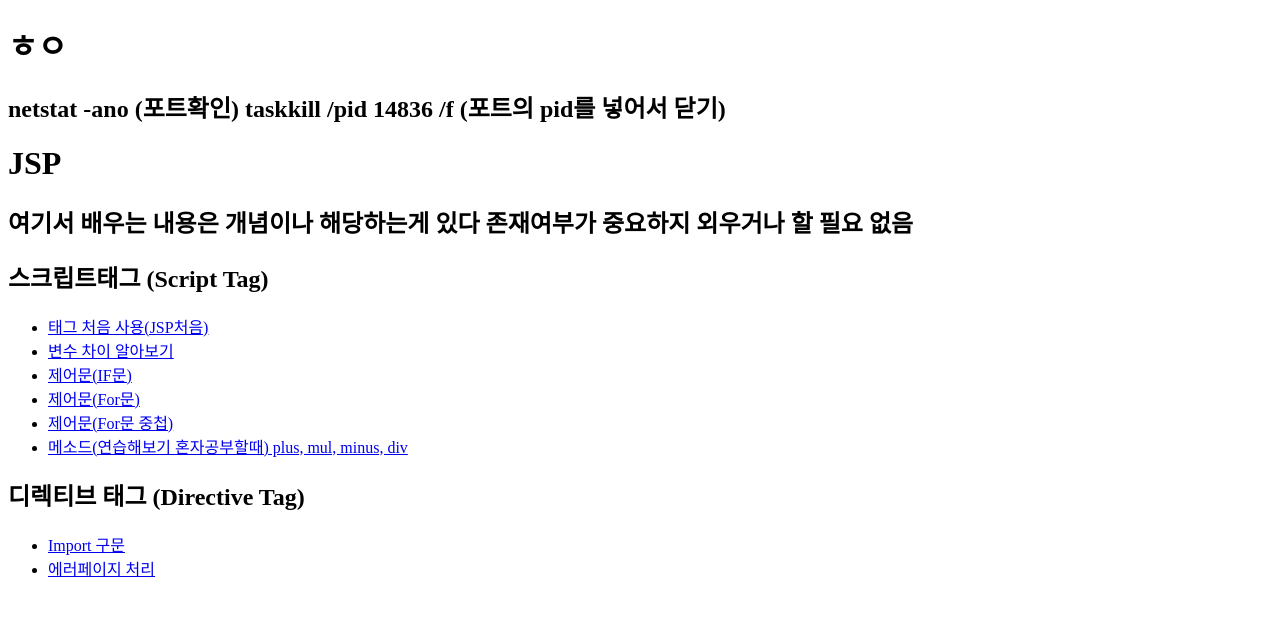
Repository: Kimgigon123123/JspServlet
Page: http://localhost/03.Tag/
The author's editor kept a copy of each file at every save. The page is drawn from the files as they stood at one save, then again after the next save.
The browser window is 1280 px wide. The pictures show the whole page.
The page is served by Tomcat 9. Other server files are loaded and not shown.

Above is the page before, as saved 2023-05-19 02:59:27.

### WorkSpace/03.Tag/src/main/webapp/index.html
<!DOCTYPE html>
<html>
<head>
<meta charset="UTF-8">
<title>Insert title here</title>
</head>
<body>
	 <h1>ㅎㅇ</h1>
	 <h2>netstat -ano (포트확인)
	taskkill /pid 14836 /f (포트의 pid를 넣어서 닫기)</h2>

	 <h1> JSP </h1>
	 <h2> 여기서 배우는 내용은 개념이나 해당하는게 있다 존재여부가 중요하지 외우거나 할 필요 없음</h2>
	 <h2> 스크립트태그 (Script Tag)</h2>

	 <ul>
	 	<li><a href="01.Script/Ex00into.jsp">태그 처음 사용(JSP처음)</a></li>
	 	<li><a href="01.Script/Ex01Var.jsp">변수 차이 알아보기</a></li>
	 	<li><a href="01.Script/Ex02If.jsp">제어문(IF문)</a></li>
	 	<li><a href="01.Script/Ex03For.jsp">제어문(For문)</a></li>
	 	<li><a href="01.Script/Ex04For.jsp">제어문(For문 중첩)</a></li>
	 	<li><a href="01.Script/Ex05Method.jsp">메소드(연습해보기 혼자공부할때)
	 	plus, mul, minus, div </a></li>
	 </ul>


	 <h2> 디렉티브 태그 (Directive Tag)</h2>
	 <ul>
	 	<li><a href="02.Directive/Ex01_Directive.jsp">Import 구문</a></li>
	 	<li><a href="02.Directive/Ex02_ErrorMain.jsp">에러페이지 처리</a>
	 </ul>

</body>
</html>

After the next save:
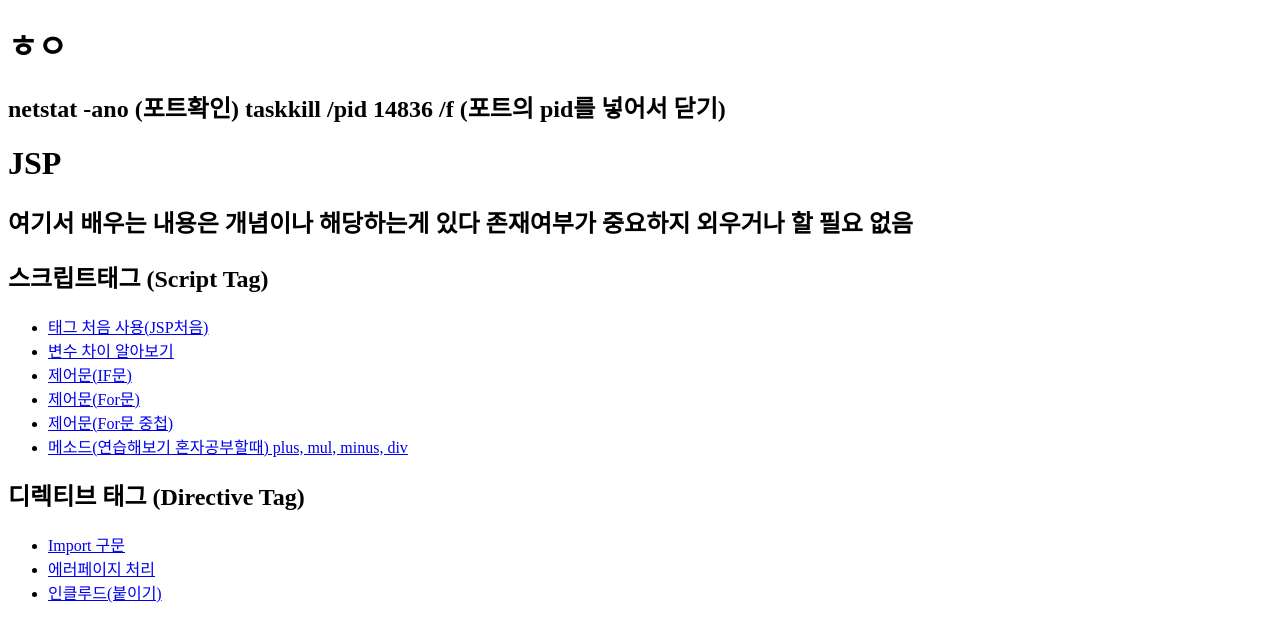
Saved 3 min 13 s later.
--- a/WorkSpace/03.Tag/src/main/webapp/index.html
+++ b/WorkSpace/03.Tag/src/main/webapp/index.html
@@ -27,7 +27,8 @@
 	 <h2> 디렉티브 태그 (Directive Tag)</h2>
 	 <ul>
 	 	<li><a href="02.Directive/Ex01_Directive.jsp">Import 구문</a></li>
-	 	<li><a href="02.Directive/Ex02_ErrorMain.jsp">에러페이지 처리</a>
+	 	<li><a href="02.Directive/Ex02_ErrorMain.jsp">에러페이지 처리</a></li>
+	 	<li><a href="02.Directive/Ex03_IncludeMain.jsp">인클루드(붙이기)</a></li>
 	 </ul>
 
 </body>
